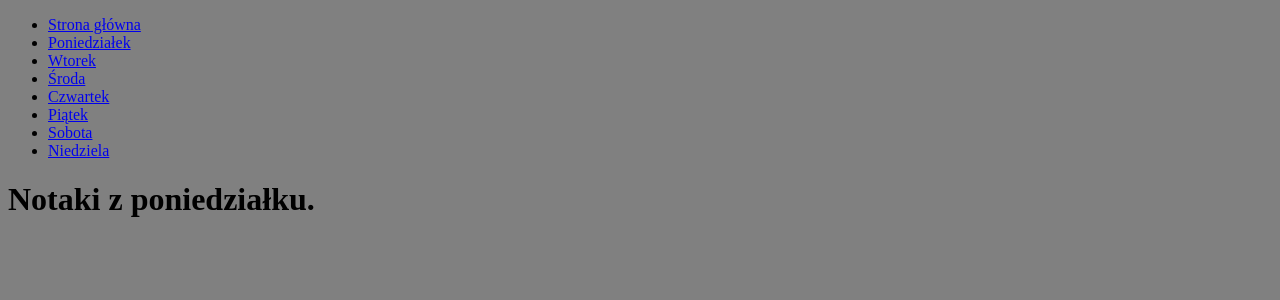
Repository: ArturNatwora/hompage
Page: days/3.html
The author's editor kept a copy of each file at every save. The page is drawn from the files as they stood at one save, then again after the next save.
The browser window is 1280 px wide. The pictures show the whole page.

Above is the page before, as saved 2019-06-11 15:14:14.

### days/3.html
<!DOCTYPE html>
<html lang="pl">
<head>
    <meta charset="UTF-8">
    <meta name="viewport" content="width=device-width, initial-scale=1.0">
    <meta http-equiv="X-UA-Compatible" content="ie=edge">
    <link rel="stylesheet" href="../index.css">
    <title>Strona domowa w ramach kursu WTf CO TEN FRONTEND.</title>
</head>
<body>
    <header class="bodyHeader">
        <nav class="bodyHeader__nav">
            <ul>
                <li><a class="bodyHeader__navLink" href="../index.html">Strona główna</a></li>
                <li><a class="bodyHeader__navLink" href="./1.html">Poniedziałek</a></li>
                <li><a class="bodyHeader__navLink" href="./2.html">Wtorek</a></li>
                <li><a class="bodyHeader__navLink" href="./3.html">Środa</a></li>
                <li><a class="bodyHeader__navLink" href="./4.html">Czwartek</a></li>
                <li><a class="bodyHeader__navLink" href="./5.html">Piątek</a></li>
                <li><a class="bodyHeader__navLink" href="./6.html">Sobota</a></li>
                <li><a class="bodyHeader__navLink" href="./7.html">Niedziela</a></li>
            </ul>
        </nav>
        <h1 class="bodyHeader__h1">Notaki z poniedziałku.</h1>
    </header>
    <main class="main">


    </main>
    <script src="../index.js"></script>
</body>
</html>

Loaded but not shown: index.css (common file); index.js (no copy from this time; the picture is the same without it)

After the next save:
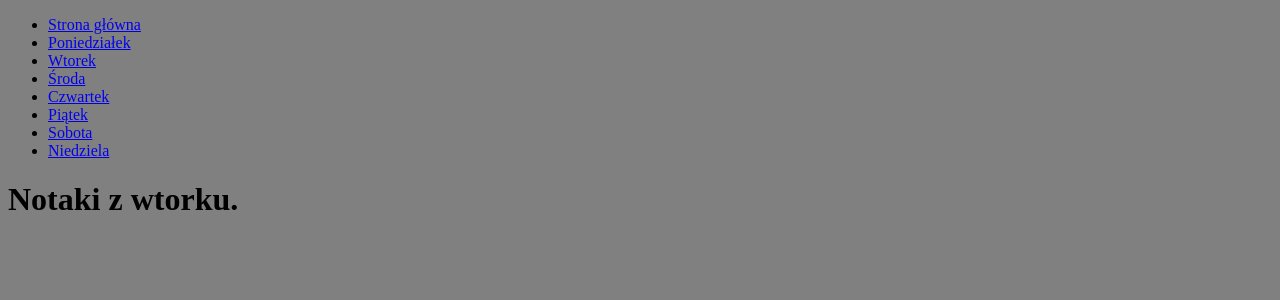
Saved 19 s later.
--- a/days/3.html
+++ b/days/3.html
@@ -21,7 +21,7 @@
                 <li><a class="bodyHeader__navLink" href="./7.html">Niedziela</a></li>
             </ul>
         </nav>
-        <h1 class="bodyHeader__h1">Notaki z poniedziałku.</h1>
+        <h1 class="bodyHeader__h1">Notaki z wtorku.</h1>
     </header>
     <main class="main">
 
